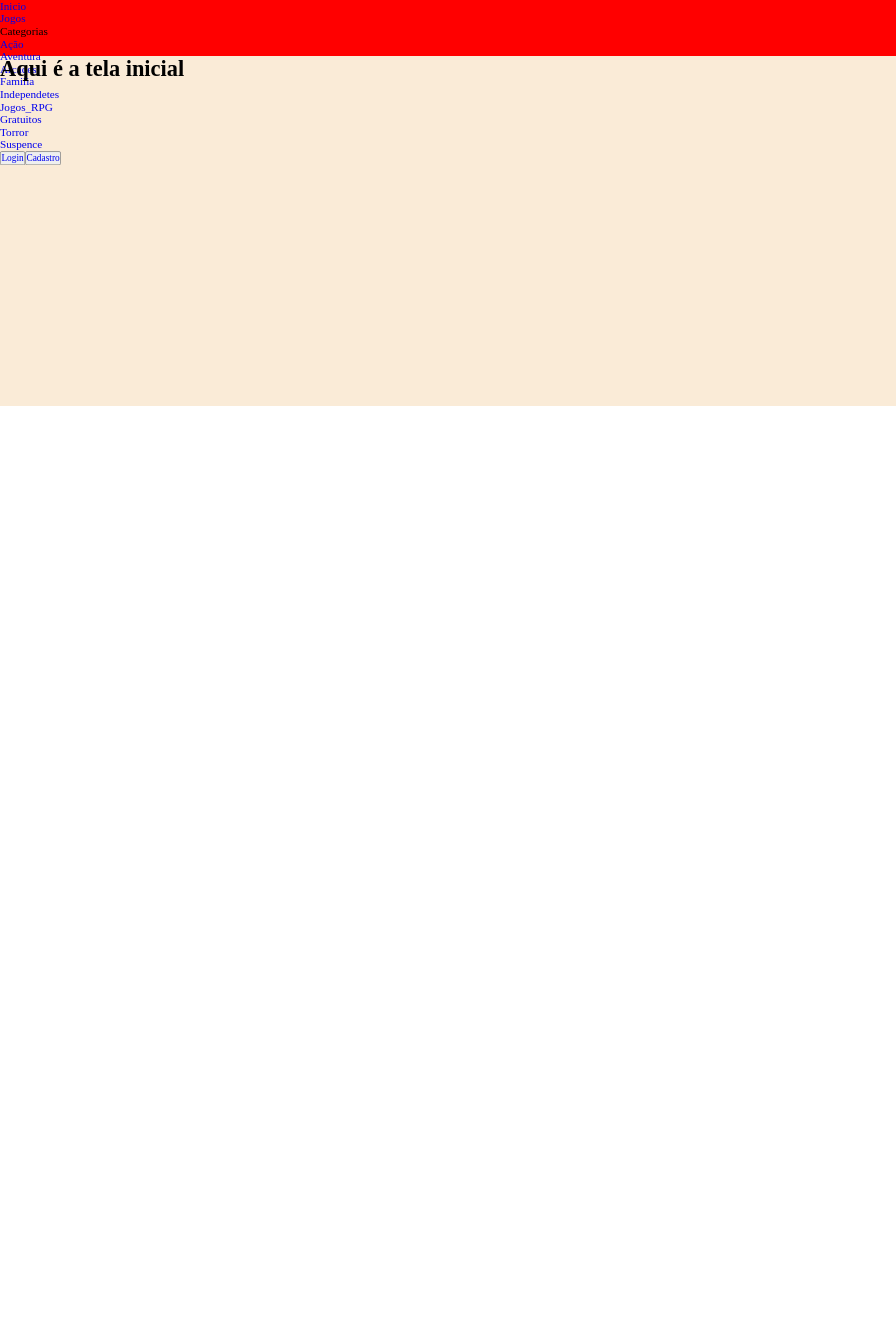
Repository: MarcoantonioCaldeira/Projeto-Go-Gamming
Page: /Inicio
An editor plug-in stored every save of this project. The page is shown before and after the next save, followed by the edit.
The browser window is 1280 px wide. The pictures show the part of the page from y = 0 to 1920 px (the page is 3380 px tall), at 70% of full size.
The project was rebuilt for these pictures with package versions that can differ from the ones it lists, and the page was loaded fresh each time. Also part of the build but not shown: src/pages/Jogos/Jogos.js, src/pages/Categorias/Acao.js, src/pages/Categorias/Aventura.js, src/pages/Categorias/Arcades.js, src/pages/Categorias/Familia.js, src/pages/Categorias/Independentes.js, src/pages/Categorias/Jogos_RPG.js, src/pages/Categorias/Gratuitos.js and 4 more.

Above is the page before, as saved 2023-01-25 22:20:00.

After the next save:
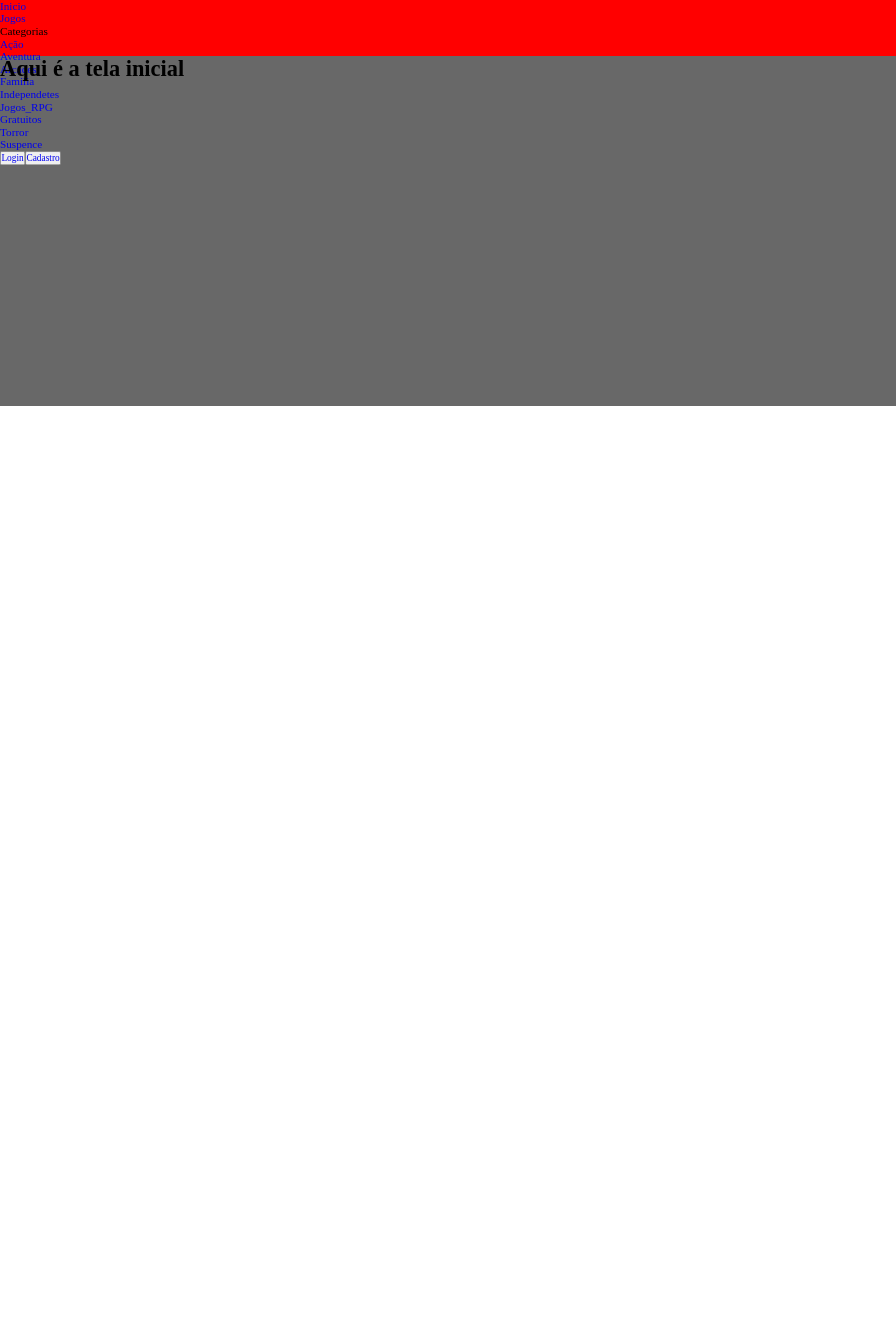
Saved 17 s later.
--- a/src/pages/Inicio/estilo.css
+++ b/src/pages/Inicio/estilo.css
@@ -1,6 +1,6 @@
 
 #Local_Img{
-    background-color: antiquewhite;
+    background-color: rgb(104, 104, 104);
     width: 100%;
     height: 500px;
 }
